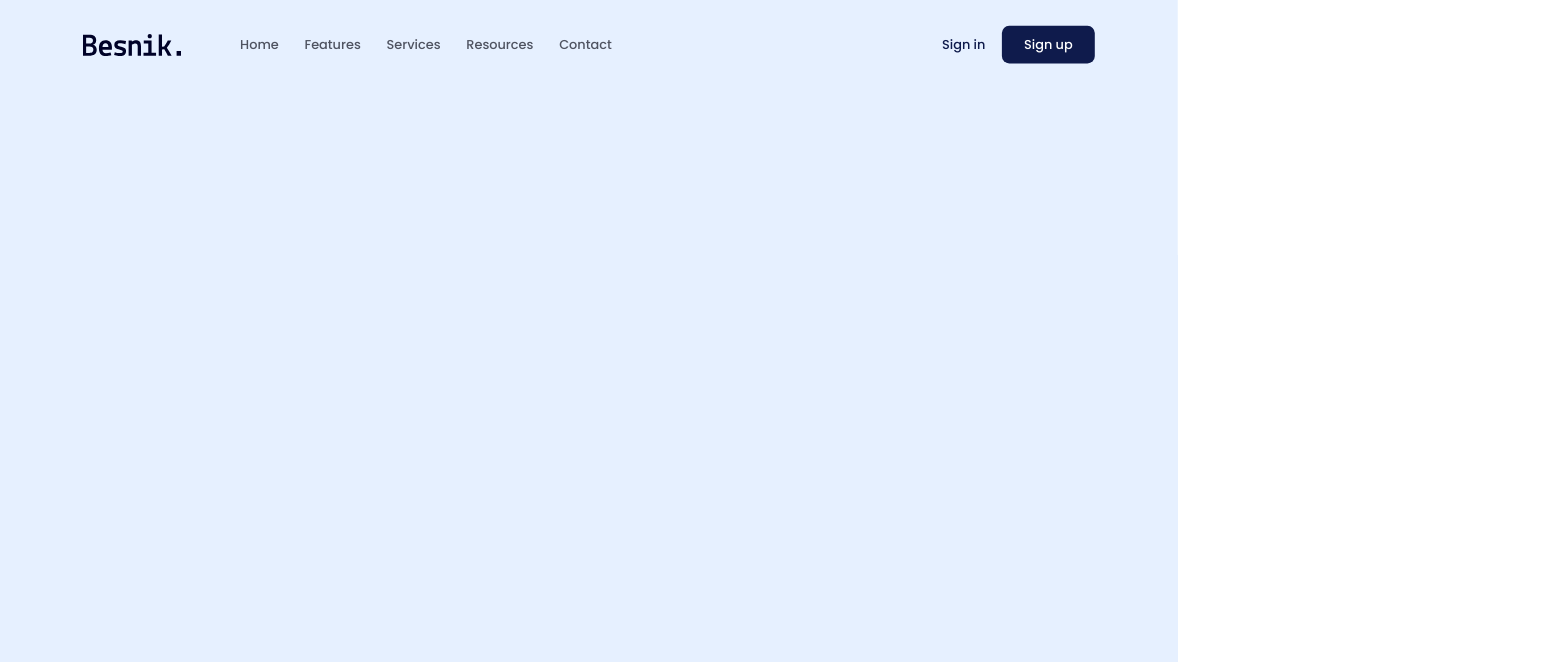
Repository: ducvui2003/f8-project-01
Page: index.html
An editor plug-in stored every save of this project. The page is shown before and after a run of saves, followed by the edit.
The browser window is 1280 px wide. The page is 1280 px wide, then 1694 px, so the pictures cover 1694 px, including what lies to the right of the window. The pictures show the whole page, at 92% of full size.

Above is the page before, as saved 2023-06-16 10:14:49.

After the next 2 saves:
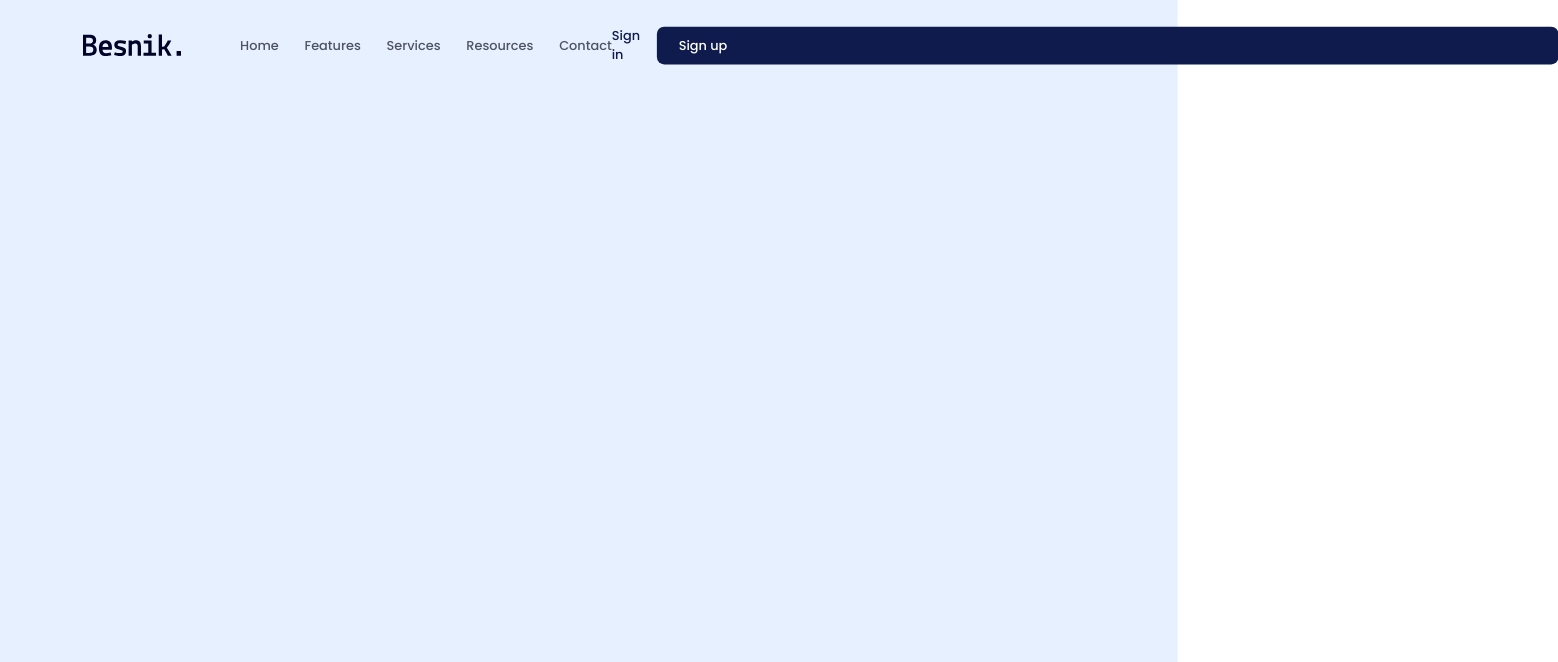
The 2 saves are shown as one change because they came seconds apart.
The last was saved 94 s later.
--- a/asset/css/styles.css
+++ b/asset/css/styles.css
@@ -17,6 +17,7 @@
 }
 
 .btn {
+  min-width: 98rem;
   background-color: #0f1b4c;
   border-radius: 0.8rem;
   padding: 10px 24px;
